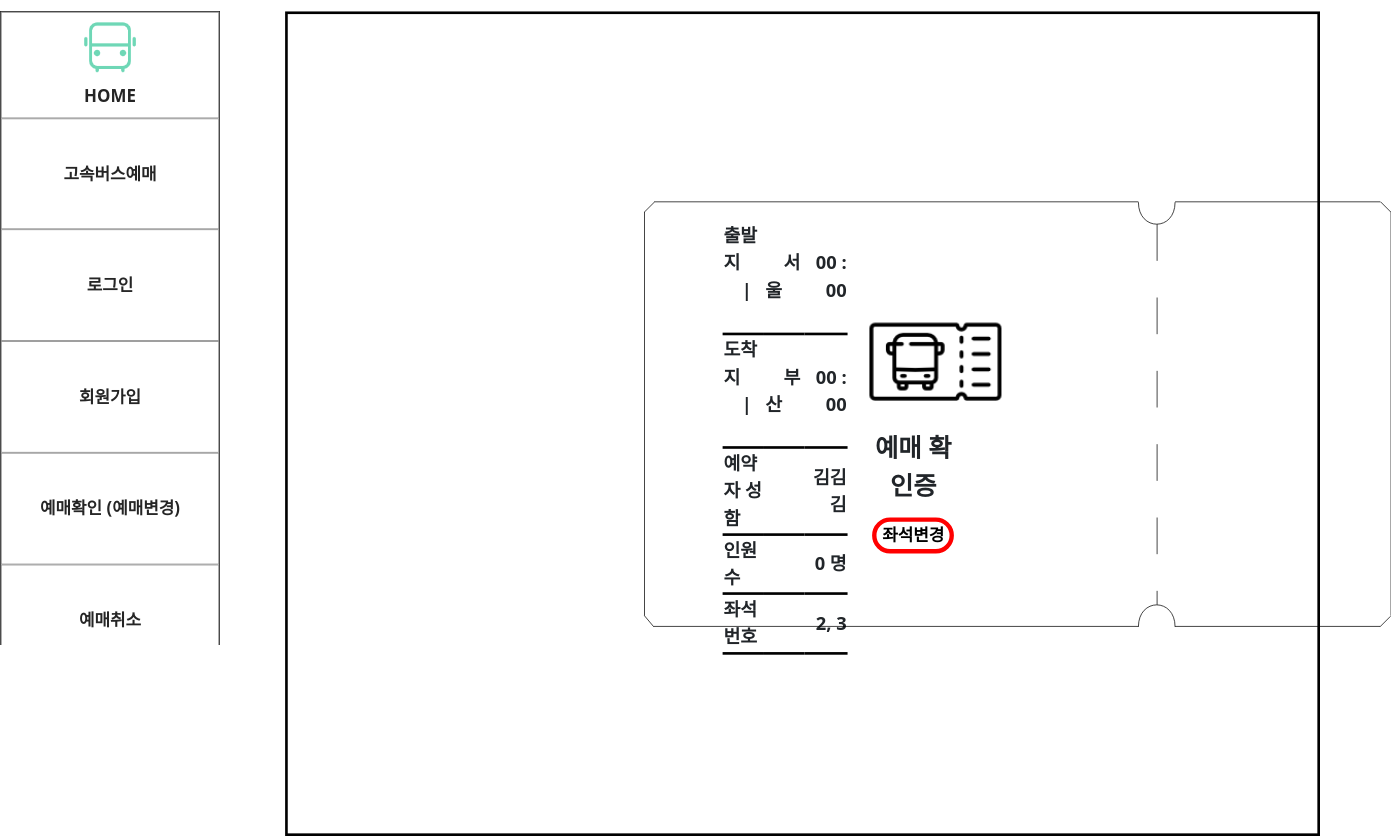
Repository: rudqhd79/spring_personal
Page: http://localhost/reservation/check
These files come from the project's save history. The page is drawn as it stood at one moment and after the next save; the edit follows.
The browser window is 1280 px wide. The page is 1581 px wide, so the pictures cover 1581 px, including what lies to the right of the window. The pictures show the whole page, at 88% of full size.
The page is this project's Thymeleaf template; nobody is signed in. The template is opened directly, without the code that normally fills it, so the values that code supplies are empty.

Above is the page before, as saved 2023-02-03 07:42:23.

### bus-reservation/src/main/resources/templates/reservation/check.html
<!DOCTYPE html>
<html xmlns:th="http://www.thymeleaf.org"
	xmlns:layout="http://www.ultraq.net.nz/thymeleaf/layout">
<link rel="stylesheet"
	href="//maxcdn.bootstrapcdn.com/bootstrap/latest/css/bootstrap.min.css">
<script src="//code.jquery.com/jquery.min.js"></script>
<script
	src="//maxcdn.bootstrapcdn.com/bootstrap/latest/js/bootstrap.min.js"></script>
<head>
<meta charset="UTF-8">
<title>main</title>
<!-- bootstrap css -->
<link
	href="https://cdn.jsdelivr.net/npm/bootstrap@5.3.0-alpha1/dist/css/bootstrap.min.css"
	rel="stylesheet"
	integrity="sha384-GLhlTQ8iRABdZLl6O3oVMWSktQOp6b7In1Zl3/Jr59b6EGGoI1aFkw7cmDA6j6gD"
	crossorigin="anonymous">
<link th:href="@{/css/all.css}" rel="stylesheet">
<!-- bootstrap js, popper -->
<script
	src="https://cdn.jsdelivr.net/npm/@popperjs/core@2.11.6/dist/umd/popper.min.js"
	integrity="sha384-oBqDVmMz9ATKxIep9tiCxS/Z9fNfEXiDAYTujMAeBAsjFuCZSmKbSSUnQlmh/jp3"
	crossorigin="anonymous"></script>
<script
	src="https://cdn.jsdelivr.net/npm/bootstrap@5.3.0-alpha1/dist/js/bootstrap.min.js"
	integrity="sha384-mQ93GR66B00ZXjt0YO5KlohRA5SY2XofN4zfuZxLkoj1gXtW8ANNCe9d5Y3eG5eD"
	crossorigin="anonymous"></script>
<!-- jquery  -->
<script src="https://code.jquery.com/jquery-3.6.3.min.js"
	integrity="sha256-pvPw+upLPUjgMXY0G+8O0xUf+/Im1MZjXxxgOcBQBXU="
	crossorigin="anonymous"></script>
<th:block layout:fragment="script"></th:block>
<th:block layout:fragment="css"></th:block>
</head>
<body>
	<div class="fragment-sidebar">
		<div th:replace="fragments/sidebar::sidebar"></div>
		<div class="base_angle" style="margin-top: 1vw">
			<form class="seat_form" th:action="@{seat}" method="post">
				<div class="check_child" style="position: relative;">
			 		<img src="/img/ticket_img.svg" style="width: 850px; height: 500px; position:absolute" />
					<div class="check_child">
						<table style="height: 420px; margin-top: 10px">
							<tr class="check_tr_three">
								<th class="check_th">출발지 &emsp;| &emsp;</th>
								<th class="check_th"> &emsp;서울</th>
								<th class="check_th">00 : 00</th>
							</tr>
							<tr class="check_tr_three">
								<th class="check_th">도착지 &emsp;| &emsp;</th>
								<th class="check_th"> &emsp;부산</th>
								<th class="check_th">00 : 00</th>
							</tr>
							<tr class="check_tr_two">
								<th class="check_th">예약자 성함</th>
								<th class="check_th"></th>
								<th class="check_th">김김김</th>
							</tr>
							<tr class="check_tr_two">
								<th class="check_th">인원 수</th>
								<th class="check_th"></th>
								<th class="check_th">0 명</th>
							</tr>
							<tr class="check_tr_two">
								<th class="check_th">좌석번호</th>
								<th class="check_th"></th>
								<th class="check_th">2, 3</th>
							</tr>
						</table>
					</div>
					<div class="check_child">
						<img src="/img/bus_ticket.png" style="height: 150px; width: 150px" />
						<p>예매 확인증</p>
						<input type="submit" value="좌석변경" style="font-weight: bold; border: 5px solid red; border-radius: 30px; font-size: 1.2em; background: white;" />
					</div>
				</div>
			</form>
		</div>
	</div>
</body>
</html>

### bus-reservation/src/main/resources/templates/fragments/sidebar.html
<!DOCTYPE html>
<html xmlns:th="http://www.thymeleaf.org">
<head>
<meta charset="UTF-8">
<title>Insert title here</title>
<link rel="stylesheet"
	href="//maxcdn.bootstrapcdn.com/bootstrap/latest/css/bootstrap.min.css">
<script src="//code.jquery.com/jquery.min.js"></script>
<script
	src="//maxcdn.bootstrapcdn.com/bootstrap/latest/js/bootstrap.min.js"></script>
</head>
<body>
<!-- 사이드바 -->
	<div th:fragment="sidebar" class="sidebar-total">
		<div id="page-wrapper">
			<div id="sidebar-wrapper">
				<ul class="sidebar-nav">
					<li class="sidebar-main">
						<a href="/">
						<img src="/img/bus_icon.png" style="width:60px; height: 60px; margin-top: 10px;">
							<p class="home">HOME</p>
						</a>
					</li>
					<li class="sidebar-main sidebar-nav_li"><a href="/">고속버스예매</a></li>
					<li class="sidebar-main sidebar-nav_li"><a href="login">로그인</a></li>
					<li class="sidebar-main sidebar-nav_li"><a href="join">회원가입</a></li>
					<li class="sidebar-main sidebar-nav_li"><a href="check">예매확인 (예매변경)</a></li>
					<li class="sidebar-main sidebar-nav_li"><a href="cancel">예매취소</a></li>
					<li class="sidebar-main sidebar-nav_li"><a href="edit">수정 (관리자 전용)</a></li>
				</ul>
			</div>
		</div>
	</div>
<!-- /사이드바 -->
</body>
</html>

### bus-reservation/src/main/resources/static/img/ticket_img.svg
<svg width="1020" height="581" viewBox="0 0 1020 581" fill="none" xmlns="http://www.w3.org/2000/svg">
<path d="M675 0.999998C675 41 725 41 725 1" stroke="black"/>
<line x1="700.5" y1="31" x2="700.5" y2="550" stroke="black" stroke-dasharray="50 50"/>
<line x1="1.5" y1="14" x2="1.5" y2="565" stroke="black"/>
<line x1="1019.5" y1="14" x2="1019.5" y2="565" stroke="black"/>
<path d="M725 580.125C725 540.125 675 540.125 675 580.125" stroke="black"/>
<line x1="15" y1="0.5" x2="675" y2="0.5" stroke="black"/>
<line x1="1005" y1="579.5" x2="725" y2="579.5" stroke="black"/>
<line x1="725" y1="0.5" x2="1005" y2="0.5" stroke="black"/>
<line x1="675" y1="579.5" x2="14" y2="579.5" stroke="black"/>
<line x1="1005.35" y1="0.646447" x2="1019.5" y2="14.7886" stroke="black"/>
<line x1="14.1319" y1="580.039" x2="1.26456" y2="564.728" stroke="black"/>
<line x1="15.4956" y1="0.353553" x2="1.35351" y2="14.4957" stroke="black"/>
<line x1="1004.65" y1="579.789" x2="1018.79" y2="565.646" stroke="black"/>
</svg>

Loaded but not shown: bus-reservation/src/main/resources/static/css/all.css (library)

After the next save:
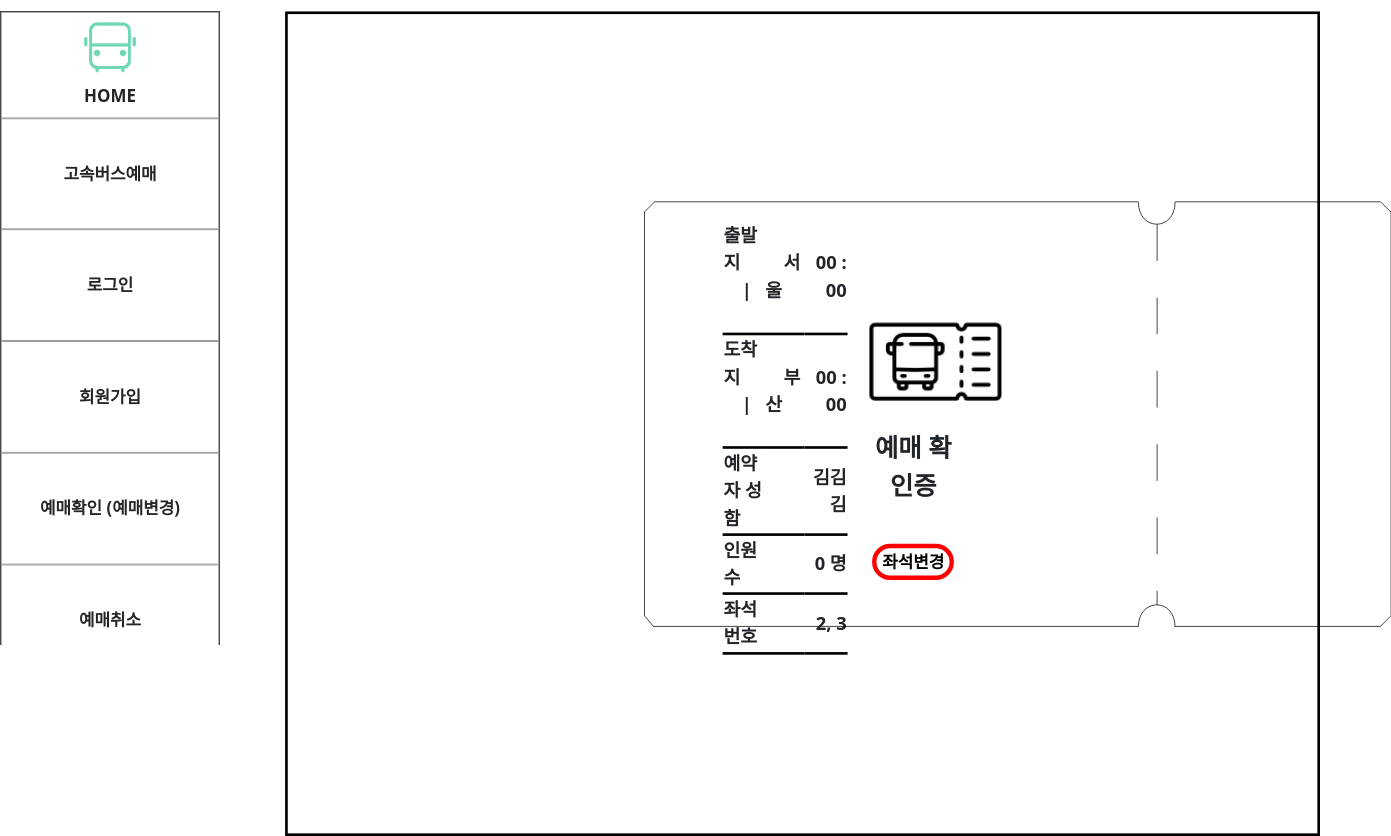
Saved 13 s later.
--- a/bus-reservation/src/main/resources/templates/reservation/check.html
+++ b/bus-reservation/src/main/resources/templates/reservation/check.html
@@ -71,7 +71,7 @@
 					<div class="check_child">
 						<img src="/img/bus_ticket.png" style="height: 150px; width: 150px" />
 						<p>예매 확인증</p>
-						<input type="submit" value="좌석변경" style="font-weight: bold; border: 5px solid red; border-radius: 30px; font-size: 1.2em; background: white;" />
+						<input type="submit" value="좌석변경" style="font-weight: bold; border: 5px solid red; border-radius: 30px; font-size: 1.2em; background: white; margin-top: 30px;" />
 					</div>
 				</div>
 			</form>
